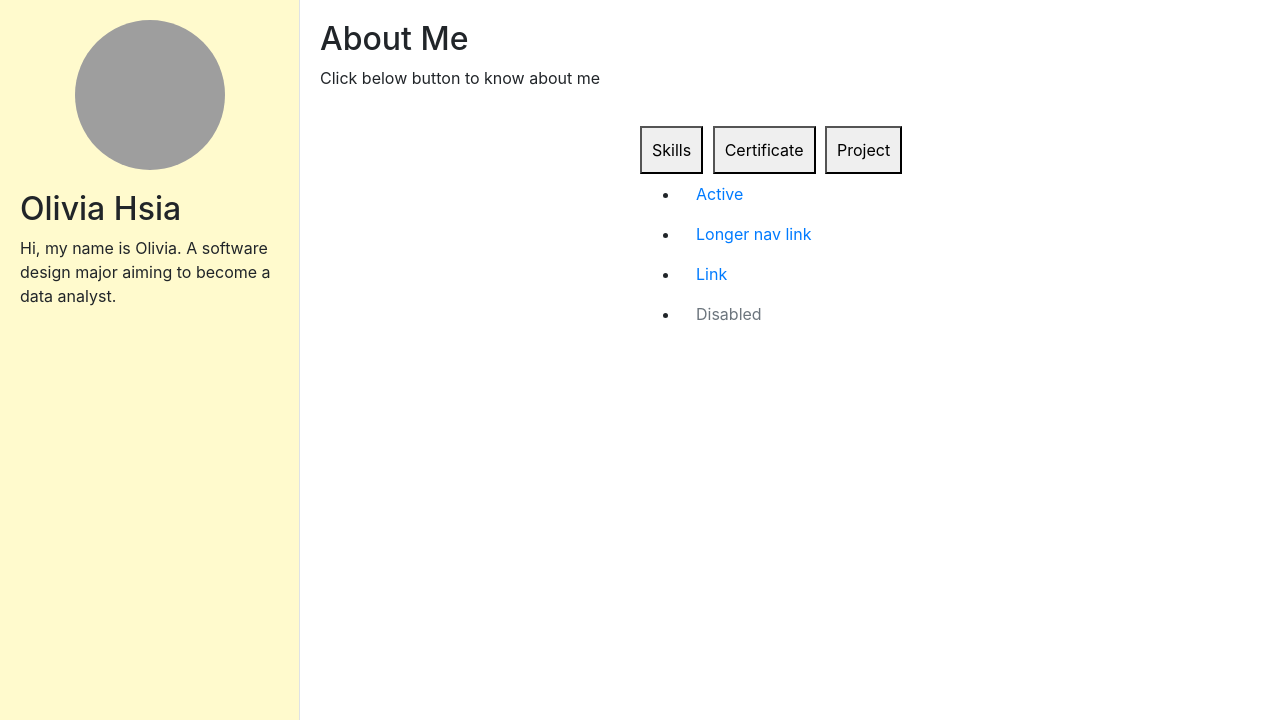
Repository: oliviahsia/FinalProject
Page: src/main/webapp/WEB-INF/main.html
An editor plug-in stored every save of this project. The page is shown before and after the next save, followed by the edit.
The browser window is 1280 px wide. The pictures show the whole page.
Pictures or frames that could not be fetched are drawn as grey boxes. An inner scrolling area shows only its first screen. Some web libraries are served in a nearby version.

Above is the page before, as saved 2024-03-09 15:40:28.

After the next save:
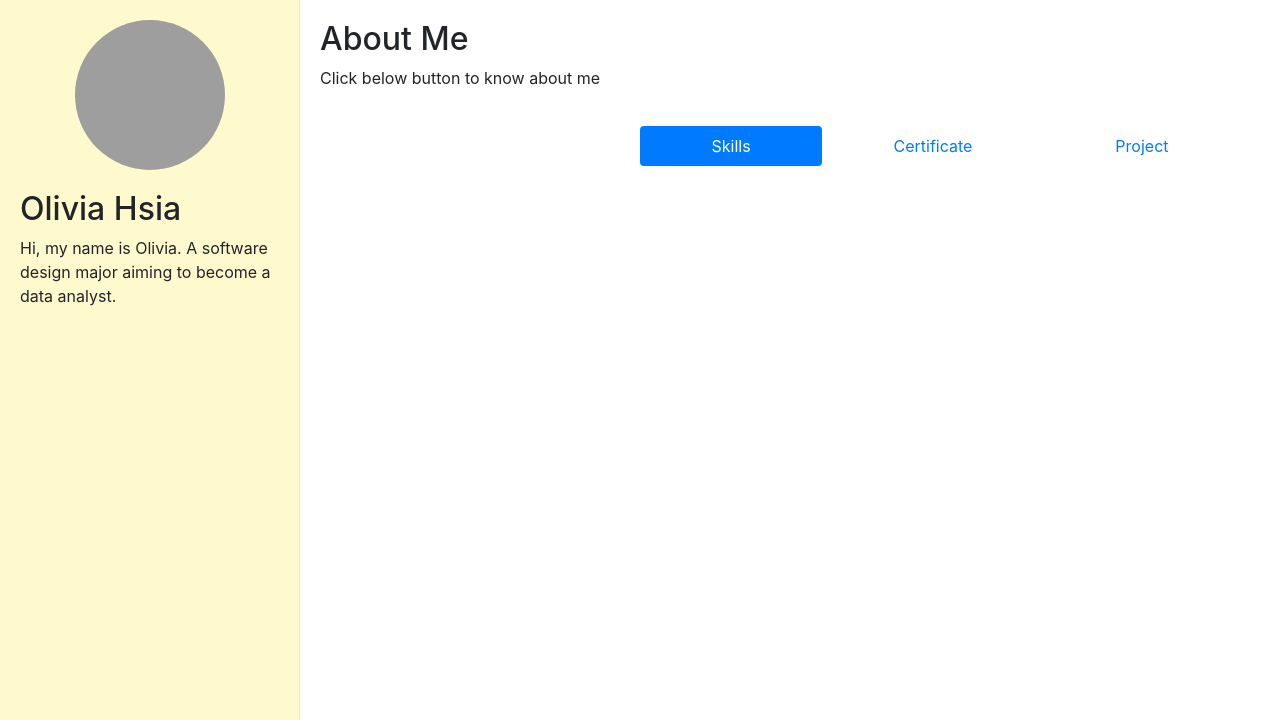
Saved 3 min 45 s later.
--- a/src/main/webapp/WEB-INF/main.html
+++ b/src/main/webapp/WEB-INF/main.html
@@ -27,26 +27,19 @@
 
     <div class="scrollable-right">
       <!-- Navigation buttons -->
-      <div class="navigation-buttons">
-        <button class="nav-button" onclick="showSection('Skills',this)">Skills</button>
-        <button class="nav-button" onclick="showSection('Certificate',this)">Certificate</button>
-        <button class="nav-button" onclick="showSection('Project',this)">Project</button>
-      </div>
+<!-- Navigation buttons replaced with Bootstrap nav-pills -->
+<ul class="nav nav-pills nav-fill">
+  <li class="nav-item">
+    <a class="nav-link active" href="#" onclick="showSection('Skills',this)">Skills</a>
+  </li>
+  <li class="nav-item">
+    <a class="nav-link" href="#" onclick="showSection('Certificate',this)">Certificate</a>
+  </li>
+  <li class="nav-item">
+    <a class="nav-link" href="#" onclick="showSection('Project',this)">Project</a>
+  </li>
+</ul>
 
-      <ul class="navigation-buttons">
-        <li class="nav-item">
-          <a class="nav-link active" href="#">Active</a>
-        </li>
-        <li class="nav-item">
-          <a class="nav-link" href="#">Longer nav link</a>
-        </li>
-        <li class="nav-item">
-          <a class="nav-link" href="#">Link</a>
-        </li>
-        <li class="nav-item">
-          <a class="nav-link disabled" href="#">Disabled</a>
-        </li>
-      </ul>
 
       <!-- Content sections -->
       <div id="Skills" class="content-section">
